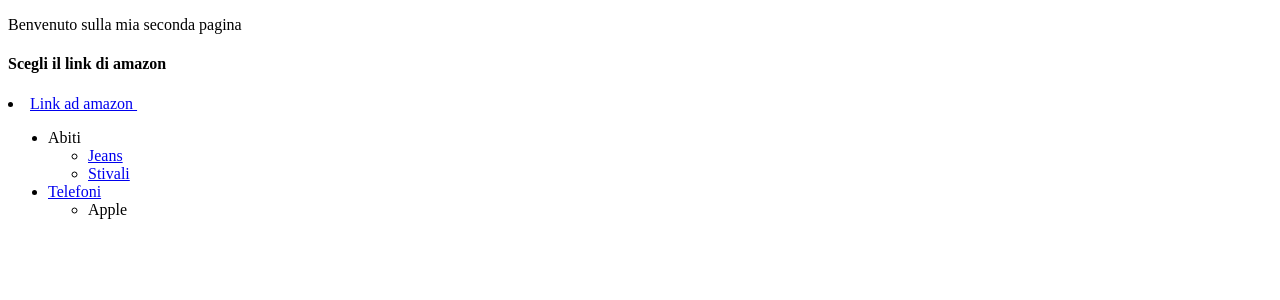
Repository: AndreaGuastaferro/Repository_Andrea_Guastaferro_Front
Page: cartella_html/NUOVO_HTML/Secondo_File.html
The author's editor kept a copy of each file at every save. The page is drawn from the files as they stood at one save, then again after the next save.
The browser window is 1280 px wide. The pictures show the whole page.

Above is the page before, as saved 2018-10-22 09:10:33.

After the next save:
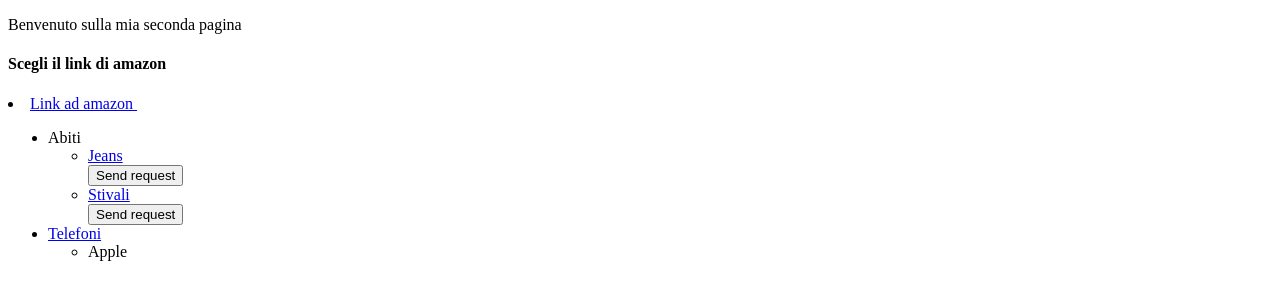
Saved 2 min 17 s later.
--- a/cartella_html/NUOVO_HTML/Secondo_File.html
+++ b/cartella_html/NUOVO_HTML/Secondo_File.html
@@ -13,7 +13,9 @@
 					<li><a href= " https://www.amazon.it/b/ref=nav__fashion_man?ie=UTF8&node=5515769031"></a>Abiti</li>
 						<ul>
 							<li> <a href="https://www.amazon.it/s/ref=s9_acss_bw_cg_ITMFMay2_3c1_w?__mk_it_IT=%C5M%C5Z%D5%D1&rh=i%3Aapparel%2Cn%3A2844433031%2Cn%3A%212844438031%2Cn%3A%212844440031%2Cn%3A15437070031%2Cp_76%3A490210031%2Cn%3A2892862031%2Cn%3A2892945031&bbn=15437070031&sort=date-desc-rank&ie=UTF8&pf_rd_m=A2VX19DFO3KCLO&pf_rd_s=merchandised-search-5&pf_rd_r=47Q5SCQ3NC4T83X6EN1V&pf_rd_t=101&pf_rd_p=2b56b692-4bdb-4382-b36f-c06c7c0ce0d7&pf_rd_i=5515769031"></</a>Jeans</li>
+							<input type="submit" value="Send request">
 							<li> <a href=" https://www.amazon.it/s/ref=s9_acss_bw_cg_ITMFMay2_3b1_w?__mk_it_IT=%C5M%C5Z%D5%D1&rh=i%3Ashoes%2Cn%3A524006031%2Cn%3A%21696352031%2Cn%3A%21696595031%2Cn%3A15437073031%2Cp_76%3A490210031%2Cn%3A700578031%2Cn%3A700703031%2Cn%3A700751031&bbn=15437073031&sort=date-desc-rank&ie=UTF8&pf_rd_m=A2VX19DFO3KCLO&pf_rd_s=merchandised-search-5&pf_rd_r=47Q5SCQ3NC4T83X6EN1V&pf_rd_t=101&pf_rd_p=2b56b692-4bdb-4382-b36f-c06c7c0ce0d7&pf_rd_i=5515769031">Stivali</a></li>
+							<input type="submit" value="Send request">
 						</ul>
 					<li><a href= " https://www.amazon.it/telefonia-mobile/b/ref=sd_allcat_tele?ie=UTF8&node=435507031"></</a>Telefoni</li>
 						<ul>
